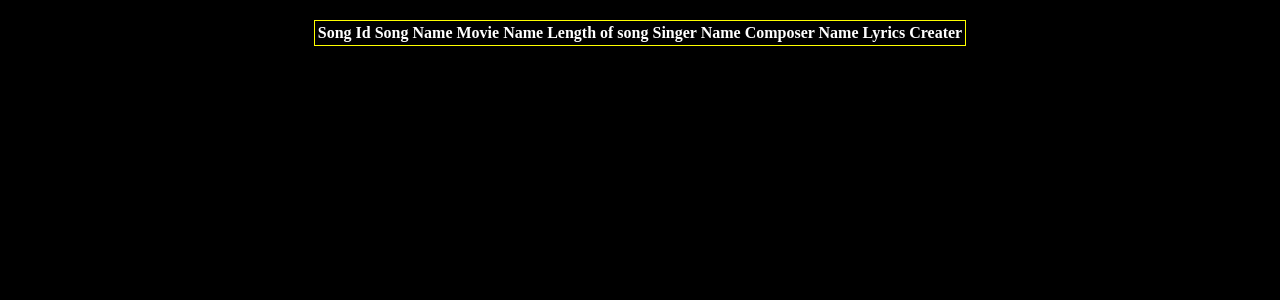
Repository: vishaltawar/J2EE-WEJE-2
Page: http://localhost/musicjsp/ViewSong.jsp
The author's editor kept a copy of each file at every save. The page is drawn from the files as they stood at one save, then again after the next save.
The browser window is 1280 px wide. The pictures show the whole page.
The page is served by Tomcat 9. Queries for data that is not in the repository find no rows.

Above is the page before, as saved 2022-12-18 16:24:31.

### musicjsp/src/main/webapp/ViewSong.jsp
<%@page import="java.sql.ResultSet"%>
<%@ page language="java" contentType="text/html; charset=UTF-8"
	pageEncoding="UTF-8"%>
<%@page import="java.sql.DriverManager"%>
<%@page import="java.sql.Connection"%>
<%@page import="java.sql.PreparedStatement"%>
<%@page import="java.io.IOException"%>
<%@page import="java.sql.SQLException"%>
<%@page import="javax.servlet.ServletException"%>
<%@page import="javax.servlet.annotation.WebServlet"%>
<%@page import="javax.servlet.http.HttpServlet"%>
<%@page import="javax.servlet.ServletException"%>

<%!Connection connection;%>
	<%! PreparedStatement statement;%>
	<%!ResultSet resultSet;%>

<!DOCTYPE html>
<html>
<head>
<meta charset="UTF-8">
<title>View Songs</title>
<style>
body{
background-color: black;
}
table{
margin: 20px auto;
}
tr{
border: 1px solid;
color: white;
padding: 5px 10px;
}
</style>
</head>
<body>
<table style="border: 1px solid yellow">
		<tr>
			<th>Song Id</th>
			<th>Song Name</th>
			<th>Movie Name</th>
			<th>Length of song</th>
			<th>Singer Name</th>
			<th>Composer Name</th>
			<th>Lyrics Creater</th>
		</tr>
	<%
try {
	Class.forName("com.mysql.cj.jdbc.Driver");
	connection = DriverManager.getConnection("jdbc:mysql://localhost:3306/weje2", "root", "root");
	statement = connection.prepareStatement("select * from song");
	resultSet = statement.executeQuery();
	while (resultSet.next()) {%>


	<tr>
		<td><%= resultSet.getString(1)%></td>
		<td><%= resultSet.getString(2)%></td>
		<td><%=resultSet.getString(3)%></td>
		<td><%=resultSet.getFloat(4)%></td>
		<td><%=resultSet.getString(5)%></td>
		<td><%=resultSet.getString(6)%></td>
		<td><%=resultSet.getString(7)%></td>
	</tr>


	</table>

	<%} } catch (SQLException e) { %>
		<%=e%>
	<%} finally {
if (connection != null) {
	try {
		connection.close();
	} catch (SQLException e) {
%>
	<%=e%>
<%
}
}
if (statement != null) {
try {
statement.close();
} catch (SQLException e) {
%>
	<%=e%>
	<%}}}
%>



</body>
</html>

After the next save:
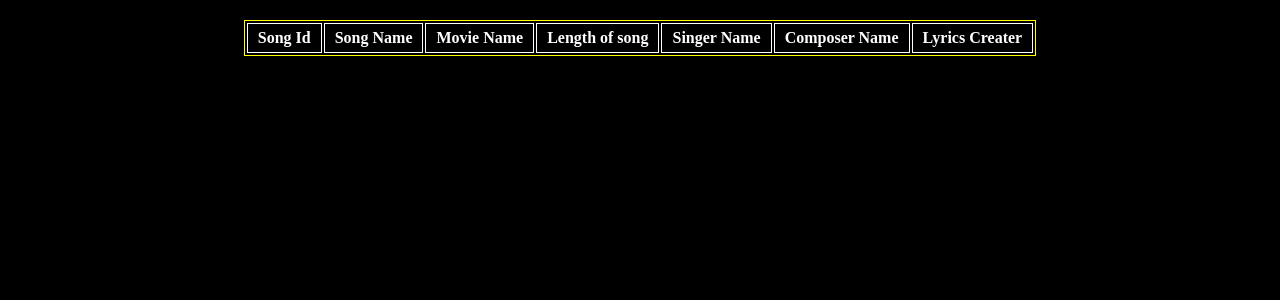
Saved 117 s later.
--- a/musicjsp/src/main/webapp/ViewSong.jsp
+++ b/musicjsp/src/main/webapp/ViewSong.jsp
@@ -27,7 +27,7 @@
 table{
 margin: 20px auto;
 }
-tr{
+tr,td,th{
 border: 1px solid;
 color: white;
 padding: 5px 10px;
